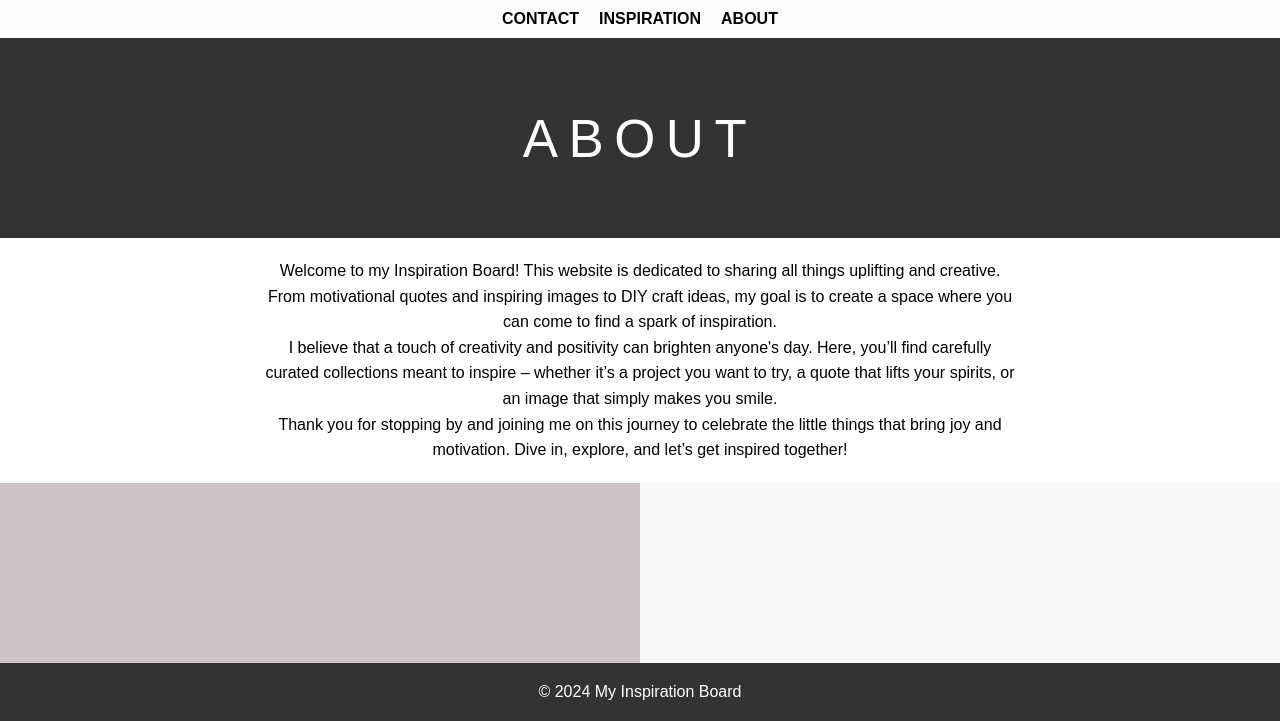
Repository: Brittany-Westlund/MART341-WebDesign
Page: WebDesignHomework/Assignment11/about.html
An editor plug-in stored every save of this project. The page is shown before and after the next save, followed by the edit.
The browser window is 1280 px wide. The pictures show the whole page.

Above is the page before, as saved 2024-11-03 20:02:18.

After the next save:
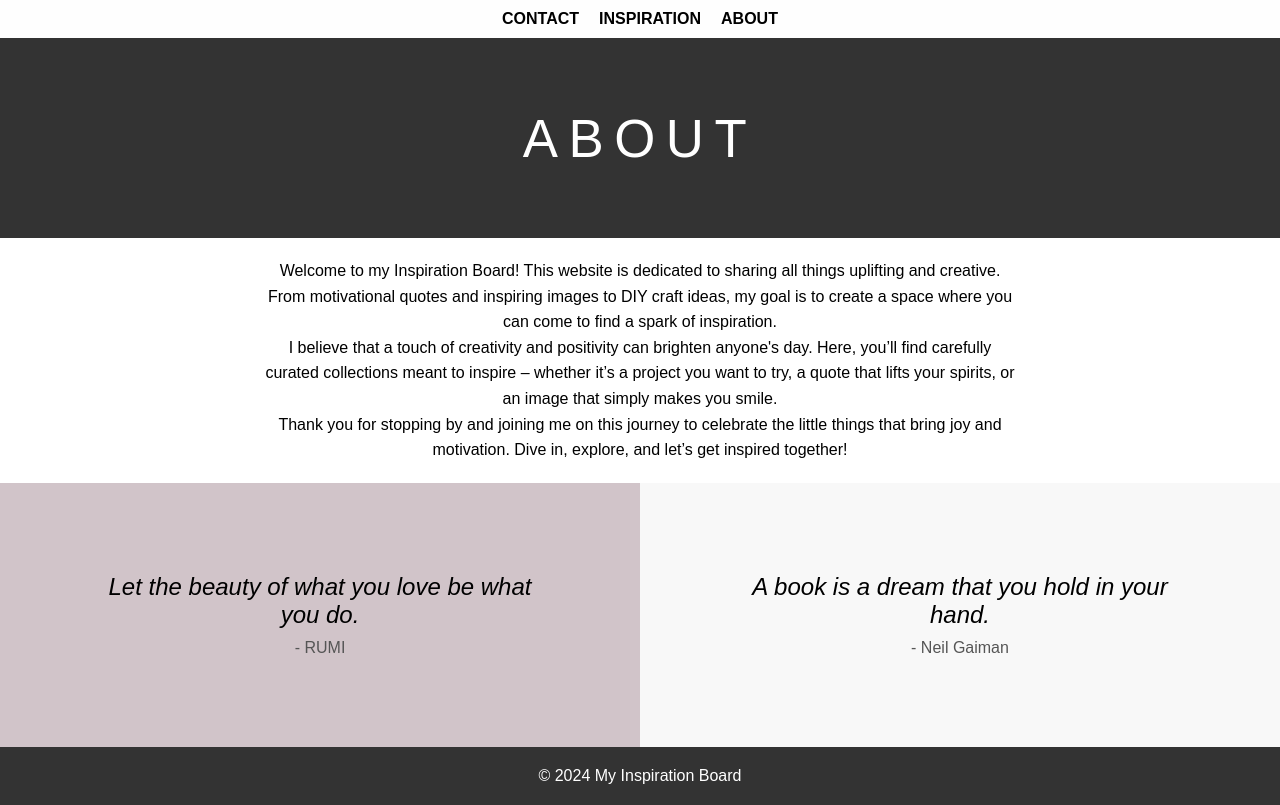
Saved 65 s later.
--- a/WebDesignHomework/Assignment11/about.html
+++ b/WebDesignHomework/Assignment11/about.html
@@ -28,13 +28,14 @@
         <p>Thank you for stopping by and joining me on this journey to celebrate the little things that bring joy and motivation. Dive in, explore, and let’s get inspired together!</p>
     </div>
 
-    <!-- Two column block -->
     <div class="two-column-block">
         <div class="left-section">
-            <p></p>
+            <blockquote>Let the beauty of what you love be what you do.</blockquote>
+            <p id="quote-author">- RUMI</p>
         </div>
         <div class="right-section">
-            <p></p>
+            <blockquote>A book is a dream that you hold in your hand.</blockquote>
+            <p id="quote-author">- Neil Gaiman</p>
         </div>
     </div>
 
